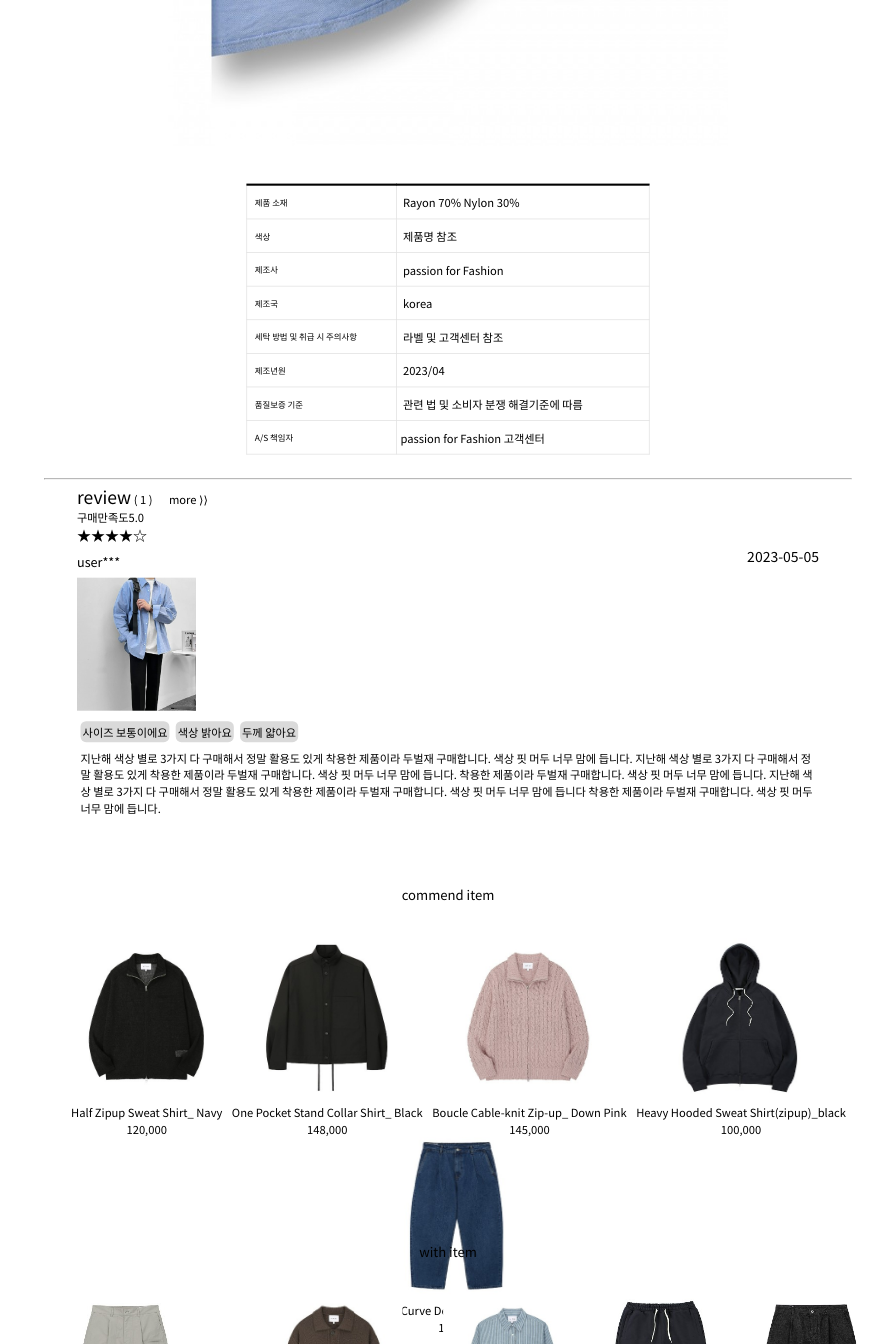
Repository: mcw9503/PassionForFashion
Page: Semi_Project/src/main/webapp/WEB-INF/Product_Information.html
An editor plug-in stored every save of this project. The page is shown before and after the next save, followed by the edit.
The browser window is 1280 px wide. The pictures show the part of the page from y = 3015 to 4935 px (the page is 6308 px tall), at 70% of full size.

Above is the page before, as saved 2023-05-08 13:01:39.

After the next save:
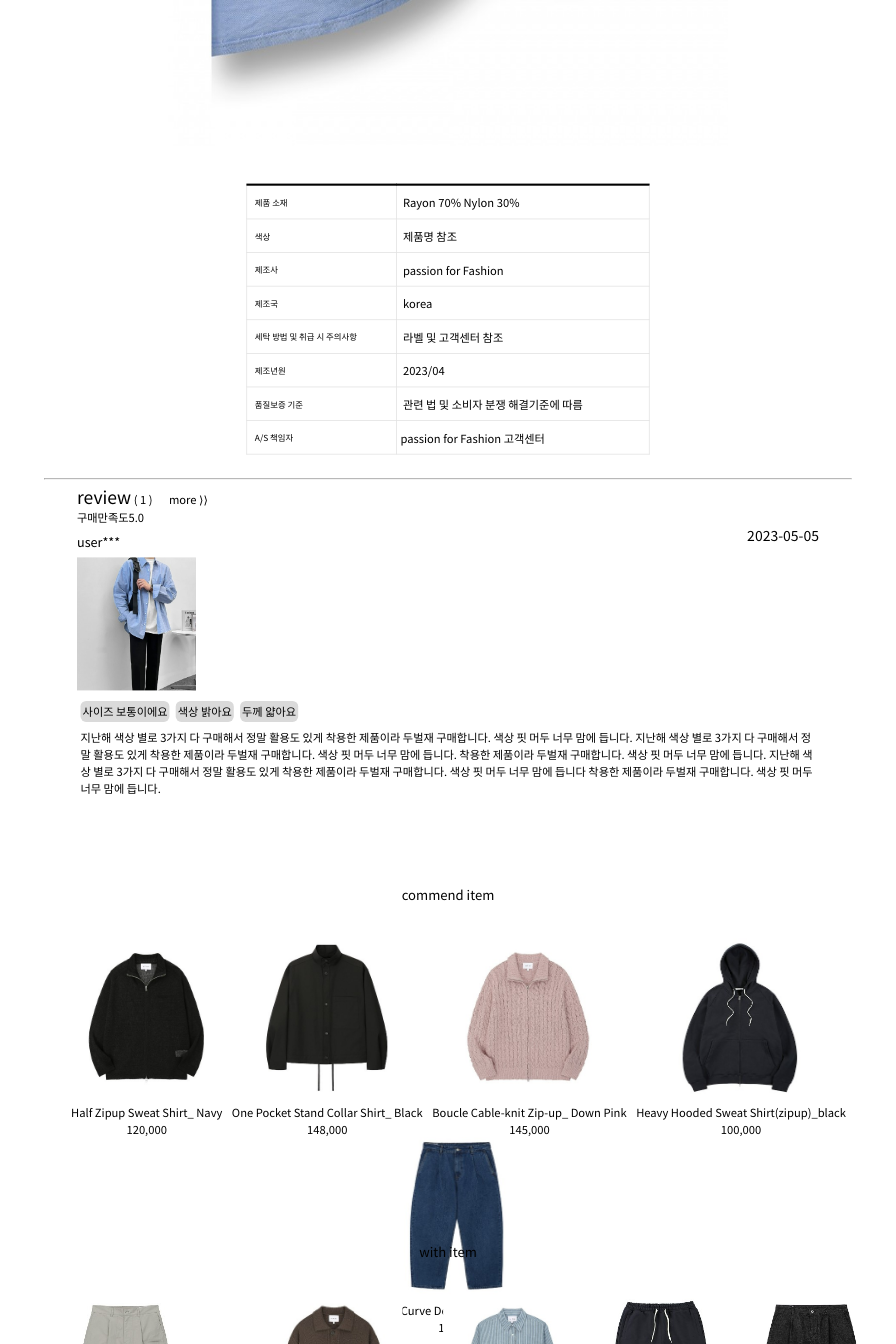
Saved 33 s later.
--- a/Semi_Project/src/main/webapp/WEB-INF/Product_Information.html
+++ b/Semi_Project/src/main/webapp/WEB-INF/Product_Information.html
@@ -548,7 +548,7 @@ input[type="number"]::-webkit-outer-spin-button, input[type="number"]::-webkit-i
 		<div style="font-weight: 200;">
 			구매만족도<span class="reviewGrade" style="font-weight: 200;">5.0</span>
 		</div>
-		<div style="font-size: 20px; font-weight: 200;">★★★★☆</div>
+<!-- 		<div style="font-size: 20px; font-weight: 200;">★★★★☆</div> -->
 		<div class="textbox">
 			<div>
 				<div class="nickName"
